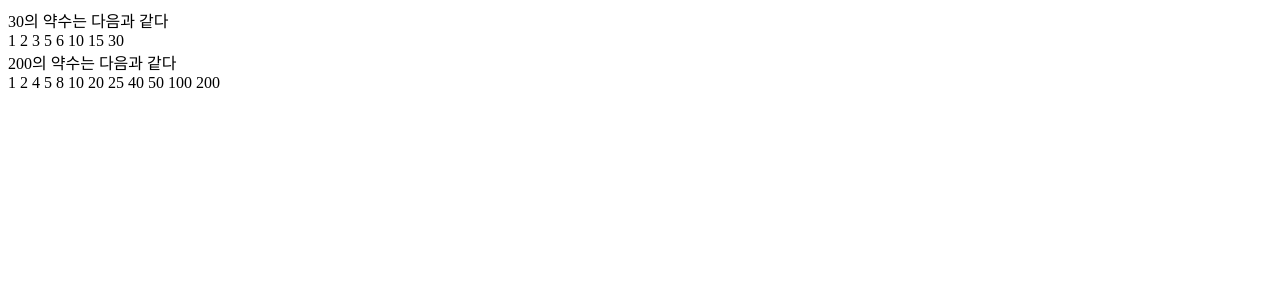
Repository: Minseo-Gang/JSPprogramming
Page: http://localhost/HelloJSP/3-6.jsp
An editor plug-in stored every save of this project. The page is shown before and after the next save, followed by the edit.
The browser window is 1280 px wide. The pictures show the whole page.
The page is served by Tomcat 9.

Above is the page before, as saved 2021-09-03 10:03:21.

### HelloJSP/src/main/webapp/3-6.jsp
<%@ page language="java" contentType="text/html; charset=UTF-8"
    pageEncoding="UTF-8"%>
<!DOCTYPE html>
<html>
<head>
<meta charset="UTF-8">
<title>Insert title here</title>
</head>
<body>
30의 약수는 다음과 같다<br />
<%
	for(int i = 1; i <= 30; i++) {
		if(30 % i == 0)
		out.print(i + " ");
	}
%>

<br>200의 약수는 다음과 같다<br />
<%
	for(int i = 1; i <= 200; i++) {
		if(200 % i == 0)
		out.print(i + " ");
	}
%>
</body>
</html>

After the next save:
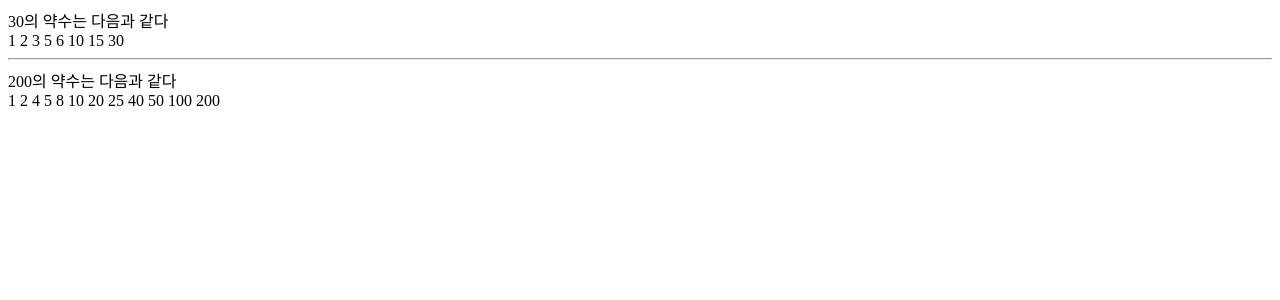
Saved 21 s later.
--- a/HelloJSP/src/main/webapp/3-6.jsp
+++ b/HelloJSP/src/main/webapp/3-6.jsp
@@ -14,8 +14,8 @@
 		out.print(i + " ");
 	}
 %>
-
-<br>200의 약수는 다음과 같다<br />
+<hr />
+200의 약수는 다음과 같다<br />
 <%
 	for(int i = 1; i <= 200; i++) {
 		if(200 % i == 0)
